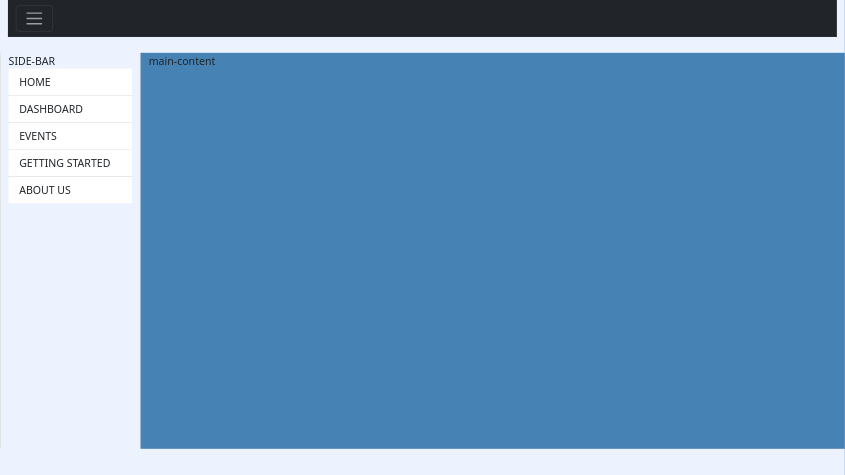
Repository: Dayvid0/BOOTSTRAP-TUTORIALS
Page: cosmos.example.html
These files come from the project's save history. The page is drawn as it stood at one moment and after the next save; the edit follows.
The browser window is 1280 px wide. The pictures show the whole page, at 66% of full size.

Above is the page before, as saved 2025-01-29 09:11:24.

After the next save:
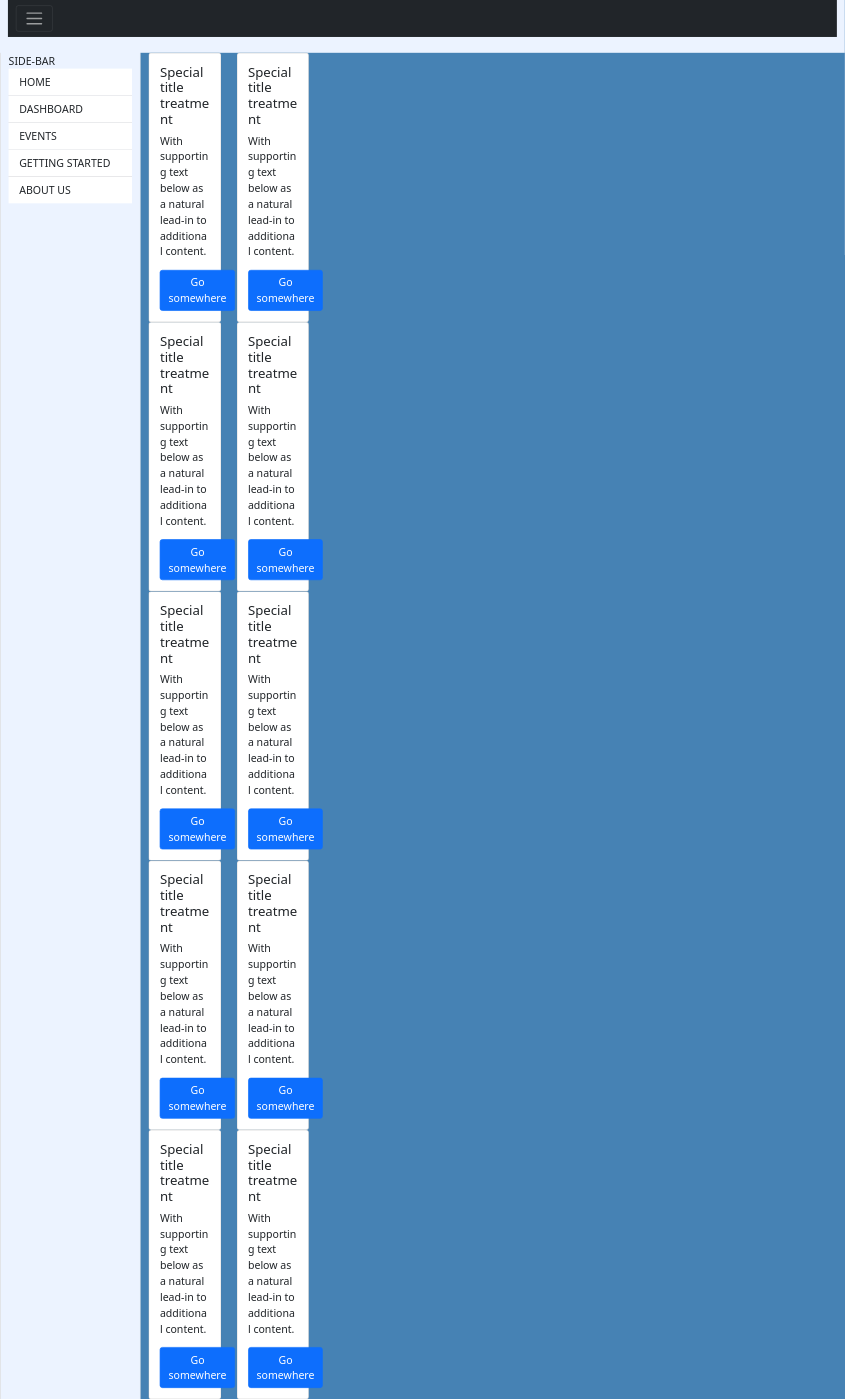
Saved 4 min 44 s later.
--- a/cosmos.example.html
+++ b/cosmos.example.html
@@ -52,7 +52,110 @@
       </ul>
     </div>
     <div class="main-content col-md-10 ">
-      main-content
+    <div class="row">
+      <div class="col-md-4 col-lg-3 col-sm-6 col col-xs-12">
+        <div class="row">
+          <div class="col-sm-6">
+            <div class="card">
+              <div class="card-body">
+                <h5 class="card-title">Special title treatment</h5>
+                <p class="card-text">With supporting text below as a natural lead-in to additional content.</p>
+                <a href="#" class="btn btn-primary">Go somewhere</a>
+              </div>
+            </div>
+          </div>
+          <div class="col-sm-6">
+            <div class="card">
+              <div class="card-body">
+                <h5 class="card-title">Special title treatment</h5>
+                <p class="card-text">With supporting text below as a natural lead-in to additional content.</p>
+                <a href="#" class="btn btn-primary">Go somewhere</a>
+              </div>
+            </div>
+          </div>
+        </div>
+        <div class="row">
+          <div class="col-sm-6">
+            <div class="card">
+              <div class="card-body">
+                <h5 class="card-title">Special title treatment</h5>
+                <p class="card-text">With supporting text below as a natural lead-in to additional content.</p>
+                <a href="#" class="btn btn-primary">Go somewhere</a>
+              </div>
+            </div>
+          </div>
+          <div class="col-sm-6">
+            <div class="card">
+              <div class="card-body">
+                <h5 class="card-title">Special title treatment</h5>
+                <p class="card-text">With supporting text below as a natural lead-in to additional content.</p>
+                <a href="#" class="btn btn-primary">Go somewhere</a>
+              </div>
+            </div>
+          </div>
+        </div>
+        <div class="row">
+          <div class="col-sm-6">
+            <div class="card">
+              <div class="card-body">
+                <h5 class="card-title">Special title treatment</h5>
+                <p class="card-text">With supporting text below as a natural lead-in to additional content.</p>
+                <a href="#" class="btn btn-primary">Go somewhere</a>
+              </div>
+            </div>
+          </div>
+          <div class="col-sm-6">
+            <div class="card">
+              <div class="card-body">
+                <h5 class="card-title">Special title treatment</h5>
+                <p class="card-text">With supporting text below as a natural lead-in to additional content.</p>
+                <a href="#" class="btn btn-primary">Go somewhere</a>
+              </div>
+            </div>
+          </div>
+        </div>
+        <div class="row">
+          <div class="col-sm-6">
+            <div class="card">
+              <div class="card-body">
+                <h5 class="card-title">Special title treatment</h5>
+                <p class="card-text">With supporting text below as a natural lead-in to additional content.</p>
+                <a href="#" class="btn btn-primary">Go somewhere</a>
+              </div>
+            </div>
+          </div>
+          <div class="col-sm-6">
+            <div class="card">
+              <div class="card-body">
+                <h5 class="card-title">Special title treatment</h5>
+                <p class="card-text">With supporting text below as a natural lead-in to additional content.</p>
+                <a href="#" class="btn btn-primary">Go somewhere</a>
+              </div>
+            </div>
+          </div>
+        </div>
+        <div class="row">
+          <div class="col-sm-6">
+            <div class="card">
+              <div class="card-body">
+                <h5 class="card-title">Special title treatment</h5>
+                <p class="card-text">With supporting text below as a natural lead-in to additional content.</p>
+                <a href="#" class="btn btn-primary">Go somewhere</a>
+              </div>
+            </div>
+          </div>
+          <div class="col-sm-6">
+            <div class="card">
+              <div class="card-body">
+                <h5 class="card-title">Special title treatment</h5>
+                <p class="card-text">With supporting text below as a natural lead-in to additional content.</p>
+                <a href="#" class="btn btn-primary">Go somewhere</a>
+              </div>
+            </div>
+          </div>
+        </div>
+      </div>
+    </div>
     </div>
   </div>
 </div>
